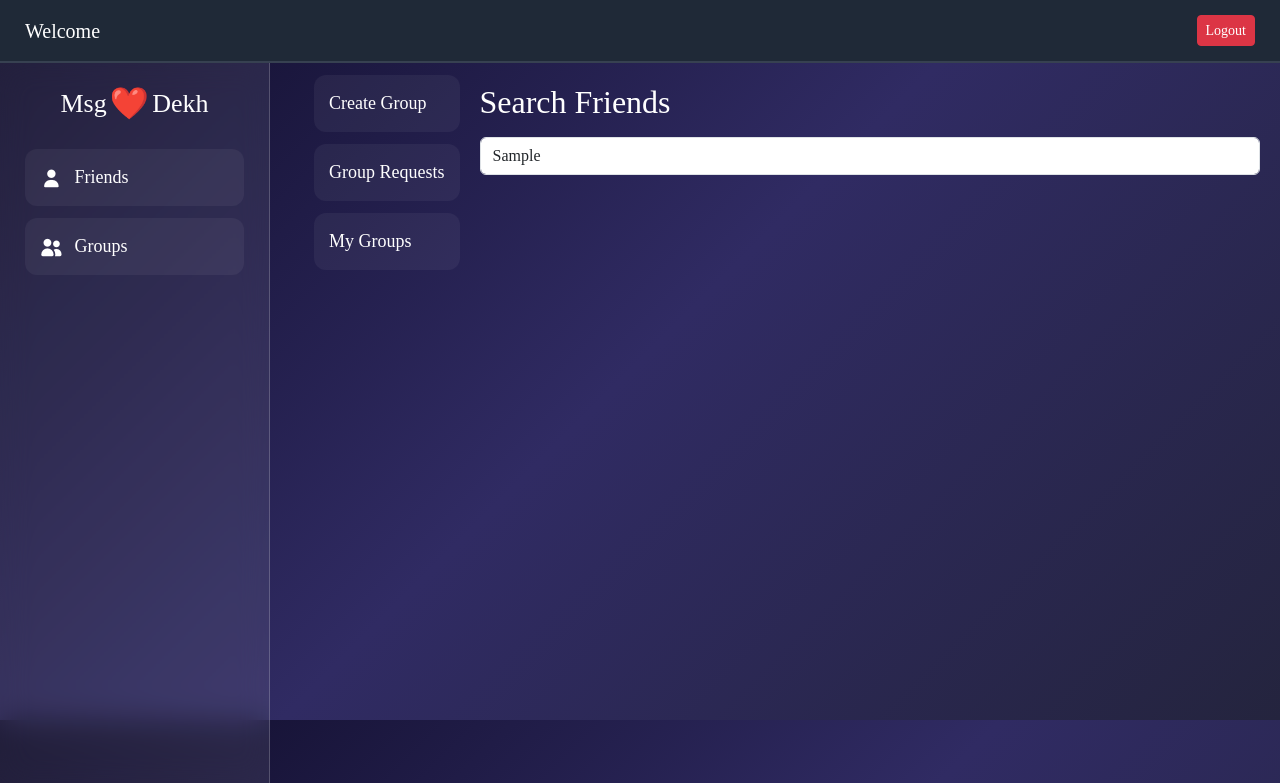
Repository: bharat132002/chat-app
Page: public/index.html
The author's editor kept a copy of each file at every save. The page is drawn from the files as they stood at one save, then again after a run of saves.
The browser window is 1280 px wide. The pictures show the whole page.
Empty fields were first filled with sample values (such as "Sample", 5 or name@example.com).
After loading, the first visible `div.menu-item` was clicked once.
Some web libraries are served in a nearby version.

Above is the page before, as saved 2025-12-10 17:24:00.

After the next 2 saves:
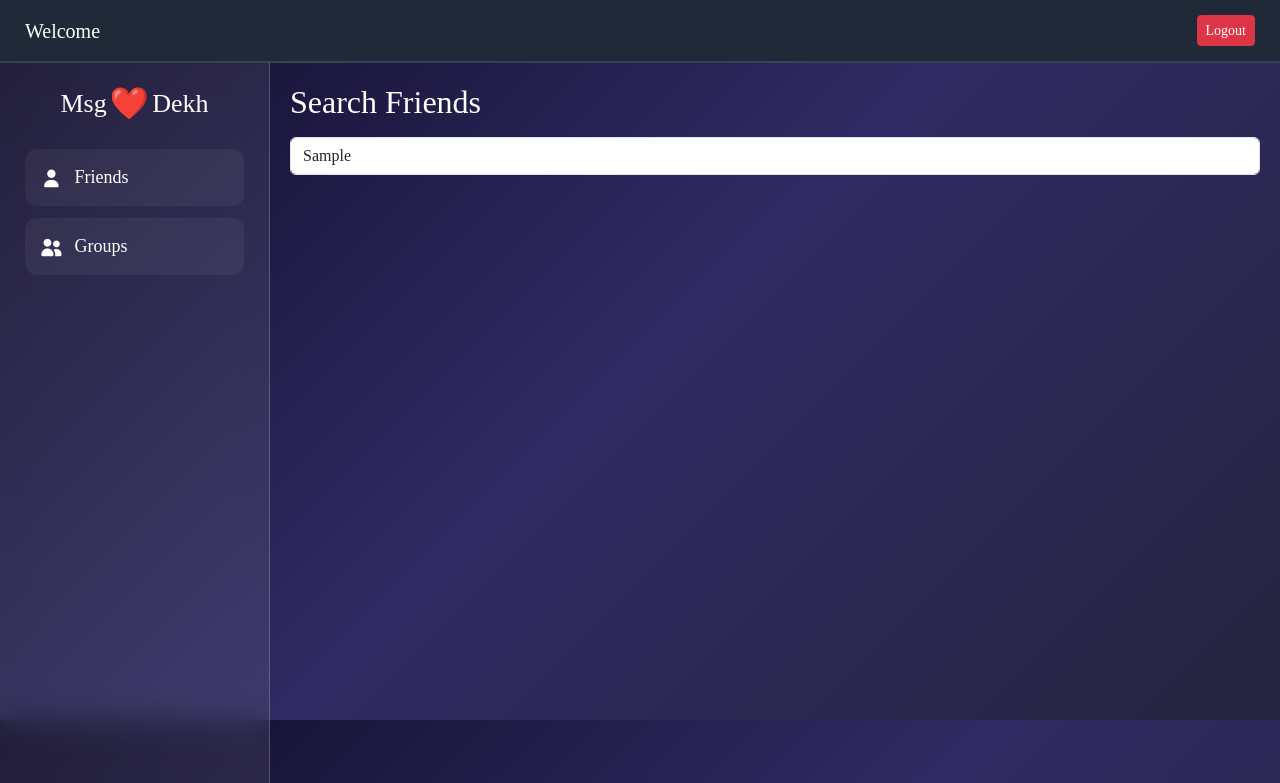
Console error: ReferenceError: m is not defined
The 2 saves are shown as one change because they came seconds apart.
The last was saved 90 s later.
--- a/public/index.html
+++ b/public/index.html
@@ -558,7 +558,7 @@
 
 
    function toggleGroupMenu(){
-        const m = document.getElementById("groupSubmenu");
+        const menu = document.getElementById("groupSubmenu");
         m.style.display = m.style.display === "none" ? "block" : "none";
       }
 

After the 2 saves that followed:
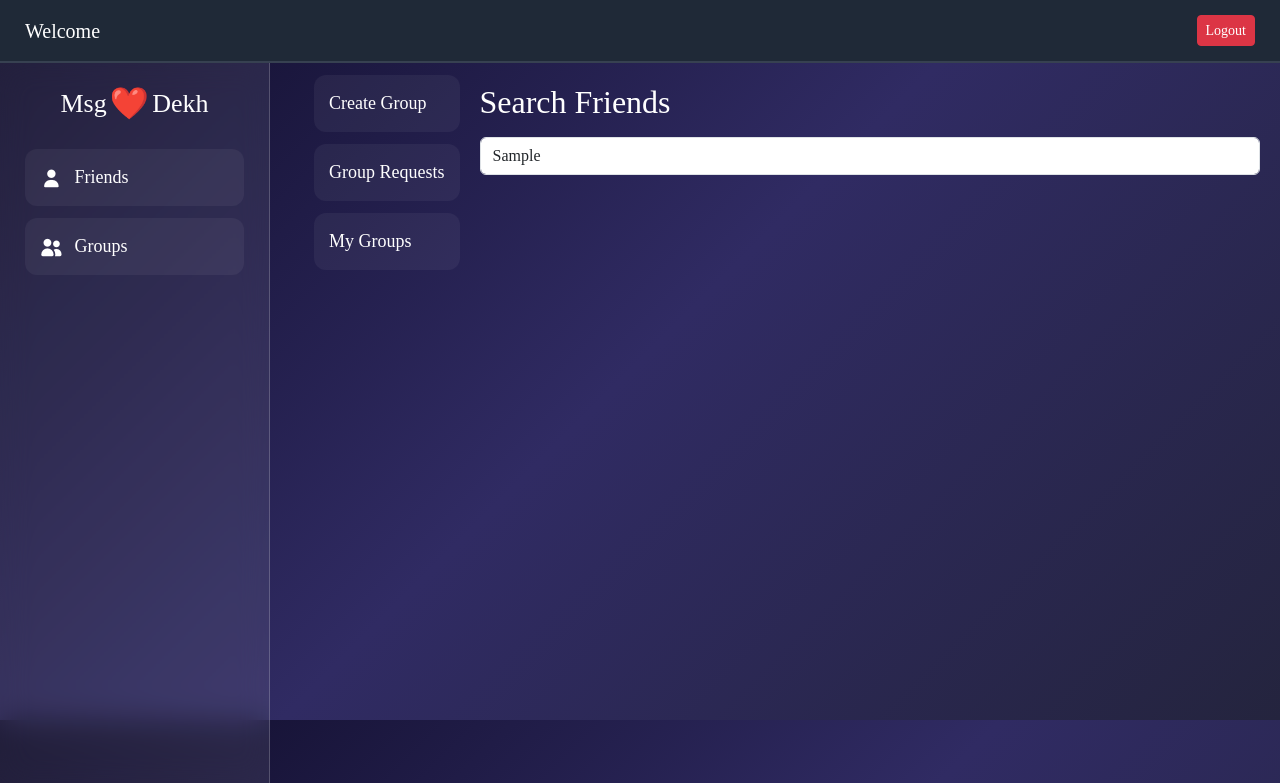
The error is gone.
The 2 saves are shown as one change because 1 left the picture as it was.
The last was saved 31 s later.
--- a/public/index.html
+++ b/public/index.html
@@ -559,7 +559,7 @@
 
    function toggleGroupMenu(){
         const menu = document.getElementById("groupSubmenu");
-        m.style.display = m.style.display === "none" ? "block" : "none";
+        menu.style.display = menu.style.display === "none" ? "block" : "none";
       }
 
 
